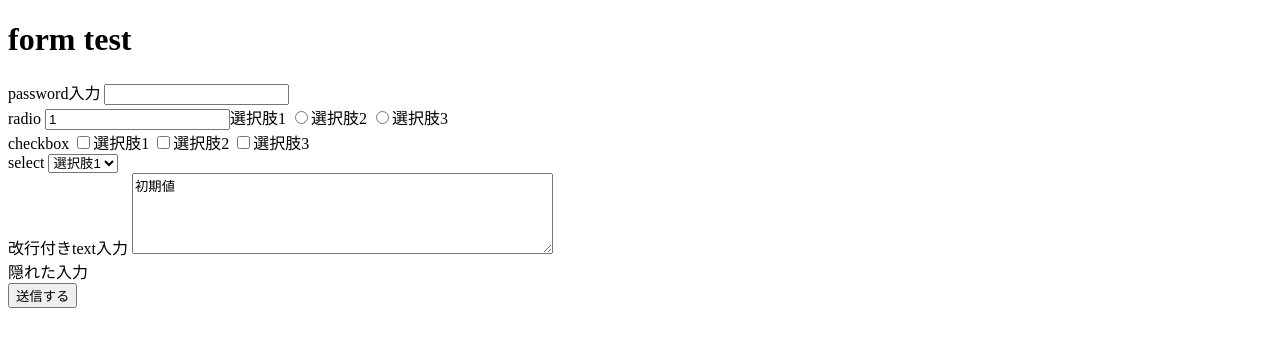
Repository: NishidaShiko/kadai
Page: form2.html
The author's editor kept a record of every edit. The page is drawn from the files as they stood at one moment, then again after the next edit.
The browser window is 1280 px wide. The pictures show the whole page.

Above is the page before.

### form2.html
<!DOCTYPE html>
<html lang ="ja">
    <head>
        <meta charset="UTF-8">
    </head>
    <body>
        <h1>form test</h1>
        <form action="./form2.php" method="POST">
            password入力 <input name="pw" type="pawwsord"><br>
            radio <label><input name="radion_a" type="raido" value="1">選択肢1</label>
                  <label><input name="radio_a" type="radio" value="2">選択肢2</label>
                  <label><input name="radio_a" type="radio" value="3">選択肢3</label>
                  <br>
            checkbox <label><input name="check" type="checkbox" value="c1">選択肢1</label>
                     <label><input name="check" type="checkbox" value="c2">選択肢2</label>
                     <label><input name="check" type="checkbox" value="c3">選択肢3</label>
                     <br>
            select <select name="sele">
                <option value="選択肢1">選択肢1</option>
                <option value="選択肢2">選択肢2</option>
                <option value="選択肢3">選択肢3</option>
            </select><br>
            改行付きtext入力 <textarea name="tarea" cols="50" rows="5">初期値</textarea><br>

             隠れた入力 <input name="hide" type="hidden" value="hidden string"><br>
            <button>送信する</button>
        </form>
    </body>
</html>

After the next edit:
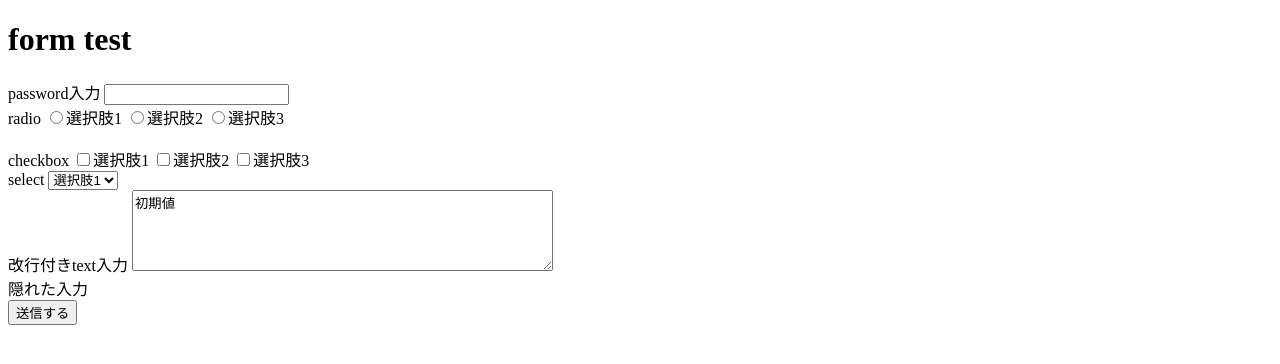
The edit:
--- a/form2.html
+++ b/form2.html
@@ -6,10 +6,11 @@
     <body>
         <h1>form test</h1>
         <form action="./form2.php" method="POST">
-            password入力 <input name="pw" type="pawwsord"><br>
-            radio <label><input name="radion_a" type="raido" value="1">選択肢1</label>
+            password入力 <input name="pw" type="passwsord"><br>
+            radio <label><input name="radio_a" type="radio" value="1">選択肢1</label>
                   <label><input name="radio_a" type="radio" value="2">選択肢2</label>
                   <label><input name="radio_a" type="radio" value="3">選択肢3</label>
+                  <br>
                   <br>
             checkbox <label><input name="check" type="checkbox" value="c1">選択肢1</label>
                      <label><input name="check" type="checkbox" value="c2">選択肢2</label>
